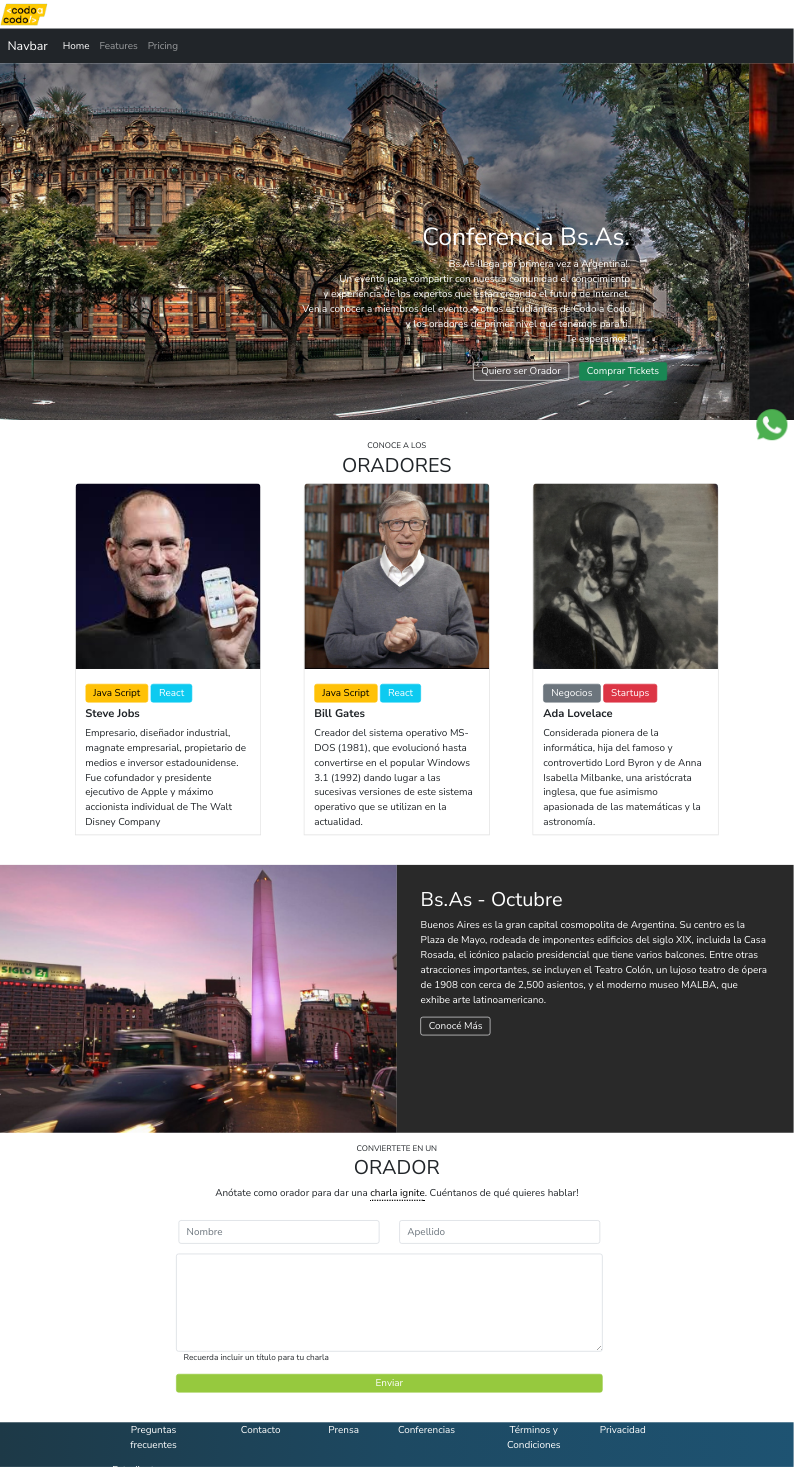
Repository: Melire/trabajo-final-BS
Page: index.html
An editor plug-in stored every save of this project. The page is shown before and after a run of saves, followed by the edit.
The browser window is 1280 px wide. The pictures show the whole page, at 62% of full size.

Above is the page before, as saved 2023-05-11 17:27:17.

After the next 3 saves:
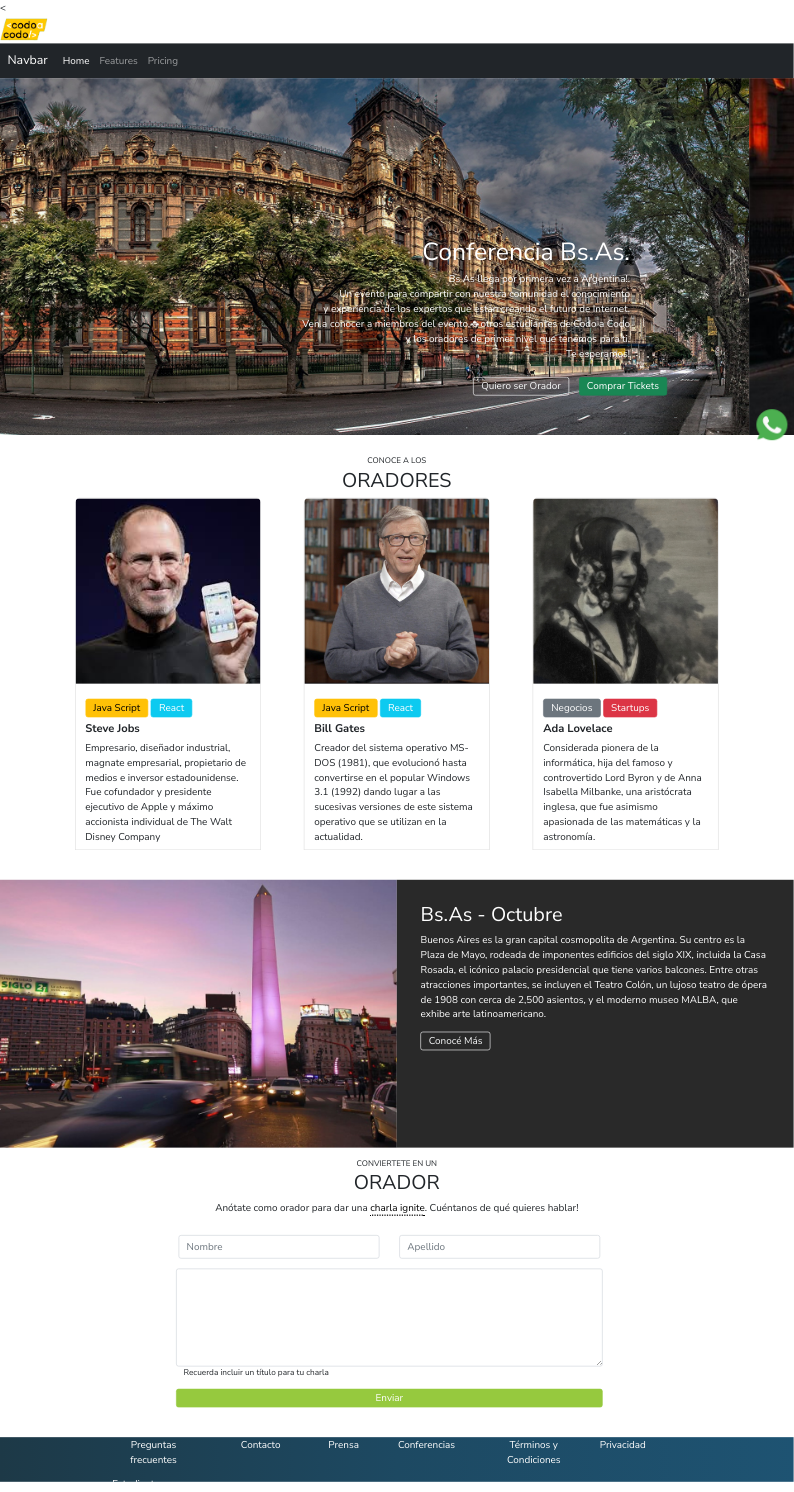
The 3 saves are shown as one change because they came seconds apart.
The last was saved 33 min 4 s later.
--- a/index.html
+++ b/index.html
@@ -15,7 +15,7 @@
 
 <body>
     <header class="header">
-        <div class="headerNav">
+        <<div class="headerNav">
             <div class="contenedorLogo">
                 <a href="https://www.buenosaires.gob.ar/educacion/codo-codo" target="_blank">
                     <img src="./assets/img/codoacodo.png" alt="Logo">

After the 3 saves that followed:
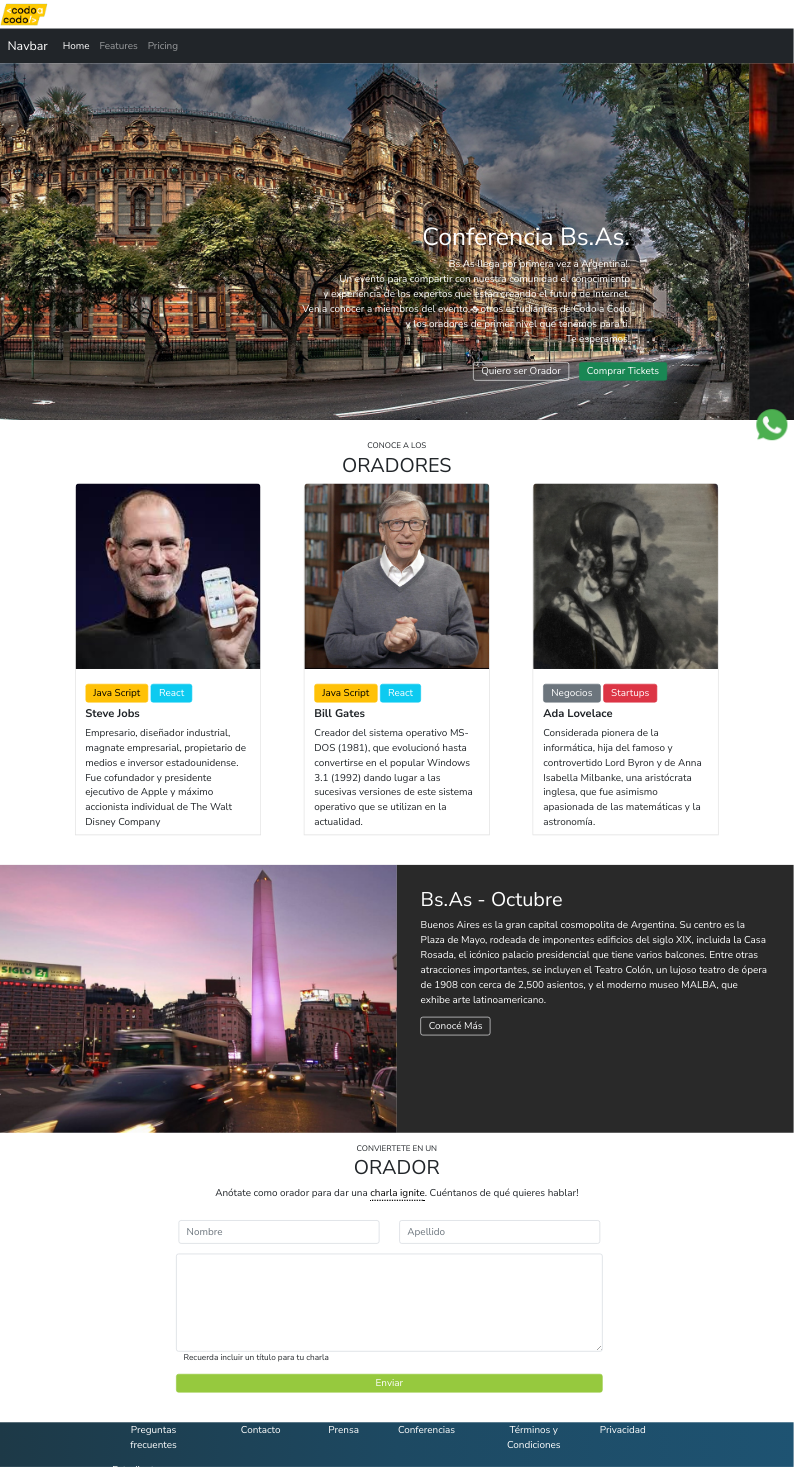
The 3 saves are shown as one change because they came seconds apart.
The last was saved 9 s later.
--- a/index.html
+++ b/index.html
@@ -15,7 +15,7 @@
 
 <body>
     <header class="header">
-        <<div class="headerNav">
+        <!--<div class="headerNav">
             <div class="contenedorLogo">
                 <a href="https://www.buenosaires.gob.ar/educacion/codo-codo" target="_blank">
                     <img src="./assets/img/codoacodo.png" alt="Logo">
@@ -23,7 +23,12 @@
                 <h2>Conf. Bs.As.</h2>
             </div>
             <!--barra de navegacion BS-->
-
+            <div class="contenedorLogo">
+                <a href="https://www.buenosaires.gob.ar/educacion/codo-codo" target="_blank">
+                    <img src="./assets/img/codoacodo.png" alt="Logo">
+                </a>
+                <h2>Conf. Bs.As.</h2>
+            </div>
             <nav class="navbar navbar-expand-lg navbar-dark bg-dark">
                 <div class="container-fluid">
                   <a class="navbar-brand" href="#">Navbar</a>
